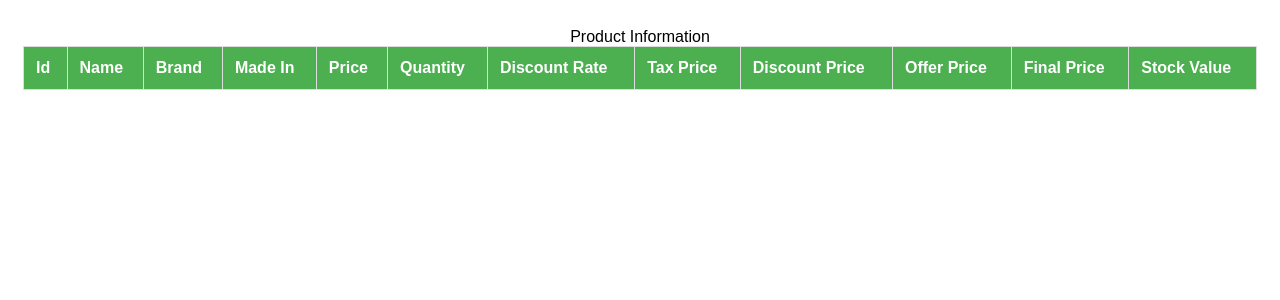
Repository: abhishekgavle/spring-repository
Page: http://localhost/product-list
An editor plug-in stored every save of this project. The page is shown before and after the next save, followed by the edit.
The browser window is 1280 px wide. The pictures show the whole page.
The page is this project's Thymeleaf template; nobody is signed in. The template is opened directly, without the code that normally fills it, so the values that code supplies are empty.

Above is the page before, as saved 2024-12-20 09:40:05.

After the next save:
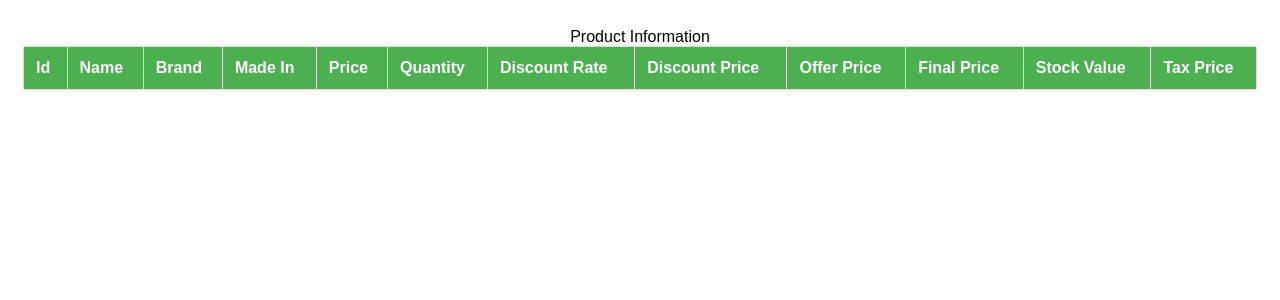
Saved 22 s later.
--- a/SpringBootMVC/src/main/resources/templates/product-list.html
+++ b/SpringBootMVC/src/main/resources/templates/product-list.html
@@ -5,49 +5,34 @@
     <meta name="viewport" content="width=device-width, initial-scale=1.0">
     <title>Product Table</title>
     <style>
-        /* Table Styles */
         table {
             width: 100%;
             border-collapse: collapse;
             margin: 20px 0;
             font-family: Arial, sans-serif;
         }
-
         th, td {
             padding: 12px;
             text-align: left;
             border: 1px solid #ddd;
         }
-
         th {
             background-color: #4CAF50;
             color: white;
         }
-
         tr:nth-child(even) {
             background-color: #f2f2f2;
         }
-
         tr:hover {
             background-color: #ddd;
         }
-
-        /* Optional: Style for the table container */
         .table-container {
             overflow-x: auto;
             margin: 0 15px;
         }
-
-        /* Make table responsive */
-        @media (max-width: 768px) {
-            table {
-                font-size: 14px;
-            }
-        }
     </style>
 </head>
 <body>
-
     <div class="table-container">
         <table>
             <caption>Product Information</caption>
@@ -60,11 +45,11 @@
                     <th>Price</th>
                     <th>Quantity</th>
                     <th>Discount Rate</th>
-                    <th>Tax Price</th>
                     <th>Discount Price</th>
                     <th>Offer Price</th>
                     <th>Final Price</th>
                     <th>Stock Value</th>
+                    <th>Tax Price</th>
                 </tr>
             </thead>
             <tbody>
@@ -76,15 +61,14 @@
                     <td th:text="${product.price}"></td>
                     <td th:text="${product.quantity}"></td>
                     <td th:text="${product.discountRate}"></td>
-                    <td th:text="${product.taxPrice}"></td>
                     <td th:text="${product.discountPrice}"></td>
                     <td th:text="${product.offerPrice}"></td>
                     <td th:text="${product.finalPrice}"></td>
                     <td th:text="${product.stockValue}"></td>
+                    <td th:text="${product.taxPrice}"></td>
                 </tr>
             </tbody>
         </table>
     </div>
-
 </body>
 </html>
